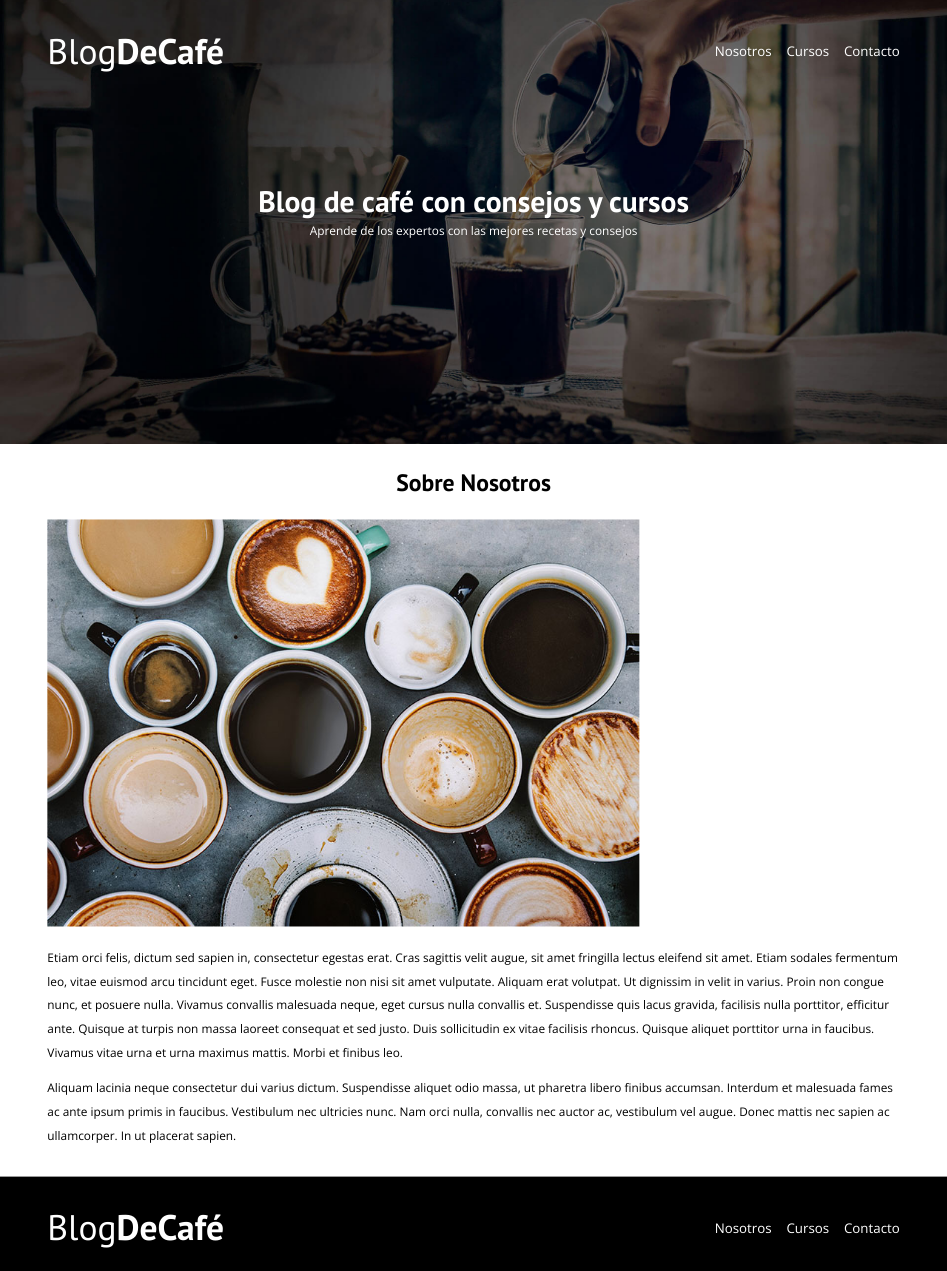
Repository: araque1990/blog_de_cafe
Page: nosotros.html
These files come from the project's save history. The page is drawn as it stood at one moment and after the next save; the edit follows.
The browser window is 1280 px wide. The pictures show the whole page, at 74% of full size.

Above is the page before, as saved 2023-01-12 17:58:13.

### nosotros.html
<!DOCTYPE html>
<html lang="es">
<head>
  <meta charset="UTF-8">
  <meta http-equiv="X-UA-Compatible" content="IE=edge">
  <meta name="viewport" content="width=device-width, initial-scale=1.0">
  <title>Blog de Café</title>
  <link rel="stylesheet" href="css/normalize.css">
  <link rel="preconnect" href="https://fonts.googleapis.com"><link rel="preconnect" href="https://fonts.gstatic.com" crossorigin><link href="https://fonts.googleapis.com/css2?family=Open+Sans&family=PT+Sans:wght@400;700&display=swap" rel="stylesheet">
  <link rel="stylesheet" href="css/styles.css">
</head>
<body>

  <header class="header">
    <div class="contenedor">
      <div class="barra">
        <a class="logo" href="index.html">
          <h1 class="logo__nombre no-margin centrar-texto">Blog<span class="logo__bold">DeCafé</span></h1>
        </a>

        <nav class="navegacion">
          <a href="nosotros.html" class="navegacion__enlace">Nosotros</a>
          <a href="cursos.html" class="navegacion__enlace">Cursos</a>
          <a href="contacto.html" class="navegacion__enlace">Contacto</a>
        </nav>
      </div>
    </div>
    <div class="header__texto">
      <h2 class="no-margin">Blog de café con consejos y cursos</h2>
      <p class="no-margin">Aprende de los expertos con las mejores recetas y consejos</p>
    </div>
  </header>

  <main class="contenedor">
    <h3 class="centrar-texto">Sobre Nosotros</h3>

    <div class="sobre-nosotros">
      <div class="sobre-nosotros__imagen">
        <img src="img/nosotros.jpg" alt="imagen nosotros">
      </div>

      <div class="sobre-nosotros__texto">
        <p> Etiam orci felis, dictum sed sapien in, consectetur egestas erat. Cras sagittis velit augue, sit amet fringilla lectus eleifend sit amet. Etiam sodales fermentum leo, vitae euismod arcu tincidunt eget. Fusce molestie non nisi sit amet vulputate. Aliquam erat volutpat. Ut dignissim in velit in varius. Proin non congue nunc, et posuere nulla. Vivamus convallis malesuada neque, eget cursus nulla convallis et. Suspendisse quis lacus gravida, facilisis nulla porttitor, efficitur ante. Quisque at turpis non massa laoreet consequat et sed justo. Duis sollicitudin ex vitae facilisis rhoncus. Quisque aliquet porttitor urna in faucibus. Vivamus vitae urna et urna maximus mattis. Morbi et finibus leo.</p>

        <p>Aliquam lacinia neque consectetur dui varius dictum. Suspendisse aliquet odio massa, ut pharetra libero finibus accumsan. Interdum et malesuada fames ac ante ipsum primis in faucibus. Vestibulum nec ultricies nunc. Nam orci nulla, convallis nec auctor ac, vestibulum vel augue. Donec mattis nec sapien ac ullamcorper. In ut placerat sapien.</p>
      </div>
    </div>
  </main>

  <footer class="footer">
    <div class="contenedor">
      <div class="barra">
        <a class="logo" href="index.html">
          <h1 class="logo__nombre no-margin centrar-texto">Blog<span class="logo__bold">DeCafé</span></h1>
        </a>

        <nav class="navegacion">
          <a href="nosotros.html" class="navegacion__enlace">Nosotros</a>
          <a href="cursos.html" class="navegacion__enlace">Cursos</a>
          <a href="contacto.html" class="navegacion__enlace">Contacto</a>
        </nav>
      </div>
    </div>
  </footer>
</body>
</html>

### css/styles.css
:root {
  --fuenteHeading: 'PT Sans', sans-serif;
  --fuenteParrafos: 'Open Sans', sans-serif;

  --secundario: #784D3C;
  --gris: #E1E1E1;
  --blanco: #FFF;
  --negro: #000;
}
html {
  box-sizing: border-box;
  font-size: 62.5%;
}
*, *:before, *:after {
  box-sizing: inherit;
}
body {
  font-family: var(--fuenteParrafos);
  font-size: 1.6rem;
  line-height: 2;
}

/* Globales */
.contenedor {
  max-width: 120rem;
  width: 90%;
  /* width: min(90%, 120rem); //ESTO ES LO MISMO QUE LOS DOS ATRIBUTOS DE ARRIBA */
  margin: 0 auto;
}
a {
  text-decoration: none;
}
h1, h2, h3, h4 {
  font-family: var(--fuenteHeading);
  line-height: 1.2;
}
h1 {
  font-size: 4.8rem;
}
h2 {
  font-size: 4rem;
}
h3 {
  font-size: 3.2rem;
}
h4 {
  font-size: 2.8rem;
}
img {
  max-width: 100%;
}

/* Utilidades */
.no-margin {
  margin: 0;
}
.no-padding {
  padding: 0;
}
.centrar-texto {
  text-align: center;
}

/* Header */
.header {
  background-image: url(../img/banner.jpg);
  height: 60rem;
  background-size: cover;
  background-repeat: no-repeat;
  background-position: center center;
}
.header__texto {
  text-align: center;
  color: var(--blanco);
  margin-top: 5rem;
}

@media (min-width: 768px) {
  .header__texto {
    margin-top: 15rem;
  }
}

@media (min-width: 768px) {
  .barra {
    display: flex;
    justify-content: space-between;
    align-items: center;
  }
}
.barra {
  padding-top: 4rem;
}
.logo {
  color: var(--blanco);
}
.logo__nombre {
  font-weight: 400;
}
.logo__bold {
  font-weight: 700;
}

@media (min-width: 768px) {
  .navegacion {
    display: flex;
    gap: 2rem;
  }
}
.navegacion__enlace {
  display: block;
  text-align: center;
  font-size: 1.8rem;
  color: var(--blanco);
}

@media (min-width: 768px) {
  .contenido-principal {
    display: grid;
    grid-template-columns: 2fr 1fr;
    column-gap: 4rem;
  }
}

.entrada {
  border-bottom: 1px solid var(--gris);
  margin-bottom: 2rem;
}
.entrada:last-of-type {
  border: none;
  margin-bottom: 0;
}
.boton {
  display: block;
  font-family: var(--fuenteHeading);
  color: var(--blanco);
  text-align: center;
  padding: 1rem 3rem;
  font-size: 1.8rem;
  text-transform: uppercase;
  font-weight: 700;
  margin-bottom: 2rem;
}
@media (min-width: 768px) {
  .boton {
    display: inline-block;
  }
}
.boton--primario {
  background-color: var(--negro);
}
.boton--secundario {
  background-color: var(--secundario);
}

.cursos {
  list-style: none;
}

.widget-curso {
  border-bottom: 1px solid var(--gris);
  margin-bottom: 2rem;
}
.widget-curso:last-of-type {
  border: none;
  margin-bottom: 0;
}
.widget-curso__label {
  font-family: var(--fuenteHeading);
  font-weight: 700;
}
.widget-curso__info {
  font-weight: 400;
}
.widget-curso__info, .widget-curso__label {
  font-size: 2rem;
}

.footer {
  background-color: var(--negro);
  padding-bottom: 3rem;
  margin-top: 4rem;
}

Loaded but not shown: css/normalize.css (library)

After the next save:
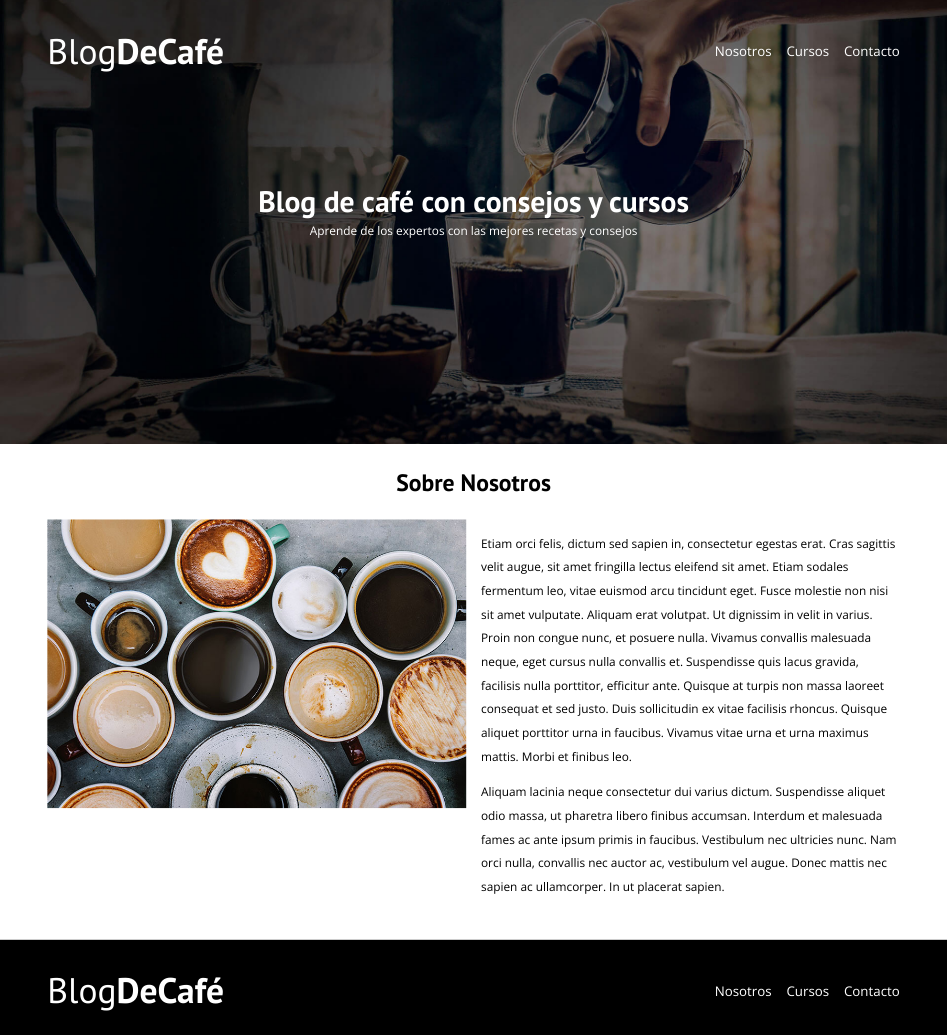
Saved 3 min 2 s later.
--- a/css/styles.css
+++ b/css/styles.css
@@ -181,3 +181,14 @@ img {
   padding-bottom: 3rem;
   margin-top: 4rem;
 }
+
+/* Sobre Nosotros */
+@media (min-width: 768px) {
+  .sobre-nosotros {
+    display: flex;
+    gap: 2rem;
+  }
+  .sobre-nosotros__imagen, .sobre-nosotros__texto {
+    flex-basis: 50%;
+  }
+}
